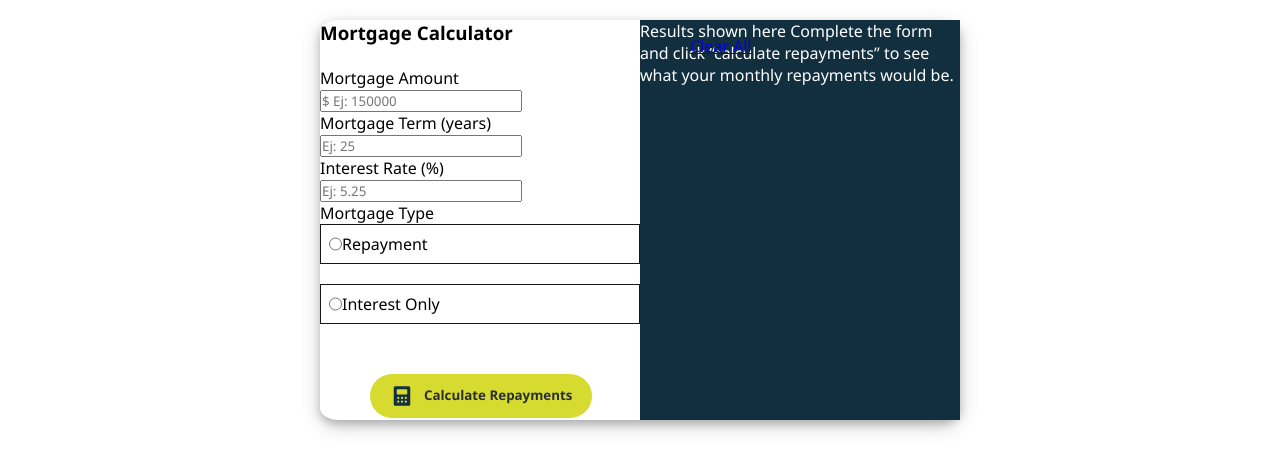
Repository: GravielPV/Mortgage-repayment-calculator
Page: index.html
The author's editor kept a copy of each file at every save. The page is drawn from the files as they stood at one save, then again after a run of saves.
The browser window is 1280 px wide. The pictures show the whole page.

Above is the page before, as saved 2025-12-11 17:27:31.

### index.html
<!DOCTYPE html>
<html lang="en">
<head>
  <meta charset="UTF-8">
  <meta name="viewport" content="width=device-width, initial-scale=1.0"> <!-- displays site properly based on user's device -->

  <link rel="icon" type="image/png" sizes="32x32" href="./assets/images/favicon-32x32.png">
  <link rel="stylesheet" href="styles.css">
  <title>Frontend Mentor | Mortgage repayment calculator</title>


</head>
<body>
  <div class="carta">



  <div class="lado-izquierdo">

    <div class="header-form">
      <h3>Mortgage Calculator</h3>
      <a href="#" id="clear-all">Clear All</a>
    </div>

    <form id="mortgage-form">

      <!-- Mortgage Amount -->
      <div class="campo">
        <label for="input-mortgage">Mortgage Amount</label>
        <input
          type="number"
          id="input-mortgage"
          name="mortgage"
          placeholder="$ Ej: 150000">
      </div>

      <!-- Mortgage Term & Interest Rate -->
      <div class="grupo-doble">
        <div class="campo">
          <label for="input-term">Mortgage Term (years)</label>
          <input
            type="number"
            id="input-term"
            name="term"
            placeholder="Ej: 25">
        </div>

        <div class="campo">
          <label for="input-interest">Interest Rate (%)</label>
          <input
            type="number"
            step="0.01"
            id="input-interest"
            name="interest"
            placeholder="Ej: 5.25">
        </div>
      </div>

      <!-- Mortgage Type -->
      <div class="campo">
        <label>Mortgage Type</label>

        <div class="radios">
          <label class="radio arriba">
            <input type="radio" name="mortgage-type" value="repayment">
            Repayment
          </label>

          <label class="radio abajo">
            <input type="radio" name="mortgage-type" value="interest-only">
            Interest Only
          </label>
        </div>
      </div>

      <!-- Botón -->
      <div class="boton">

        <button type="submit" > <img src="assets/images/icon-calculator.svg" alt="calculadora icon">Calculate Repayments</button>
      </div>

    </form>

  </div>




  <!-- Empty results start -->

  <div class="derecho">

  Results shown here

  Complete the form and click “calculate repayments” to see what
  your monthly repayments would be.
  </div>

  <!-- Empty results end -->

  <!-- Completed results start -->

  <div class="resultado">
  Your results

  Your results are shown below based on the information you provided.
  To adjust the results, edit the form and click “calculate repayments” again.

  Your monthly repayments

  Total you'll repay over the term
  </div>

</div>

<!-- Completed results end -->

</body>
</html>

### styles.css
* {
    box-sizing: border-box;
    margin: 0;
    padding: 0;
    font-family: 'Segoe UI', Tahoma, Geneva, Verdana, sans-serif;
}
body{
    background-color: hsl(0, 0%, 100%);
}


.carta{
    width: 50%;
    height: 400px;
display: flex;
margin: 20px auto;
border-radius: 3%;
 overflow: visible;
 justify-content: space-between;
box-shadow: 0 4px 8px 0 rgba(0, 0, 0, 0.2), 0 6px 20px 0 rgba(0, 0, 0, 0.19);

}



.lado-izquierdo{
     width: 50%;
    display: flex;
    flex-direction: column;
}

.derecho{
    width: 50%;

    background-color: hsl(202, 55%, 16%);
    color: white;
}

.resultado{
    display: none;
}

a{
   position: relative;
    top: -10px;
    left: 370px;

    }

    button{
        position: relative;
        top: 50px;
        left: 50px;
        padding: 10px 20px;
        background-color: hsl(61, 70%, 52%);
        border: none;
        color: hsl(200, 10%, 18%);
        border-radius: 25px;
        cursor: pointer;
        font-weight: bold;
    }

    button img{
        margin-right: 10px;
        vertical-align: middle;
    }

    .radio{
        display: flex;
        position: relative;
        top:auto
        border: 1px solid rgb(22, 22, 22);
        padding: 8px;
        width: 320px;;
    }
    .arriba{
        margin-bottom: 20px;
        border: 1px solid rgb(22, 22, 22);
    }
    .abajo{
        margin-top: 20px;
        border: 1px solid rgb(22, 22, 22);
    }

After the next 2 saves:
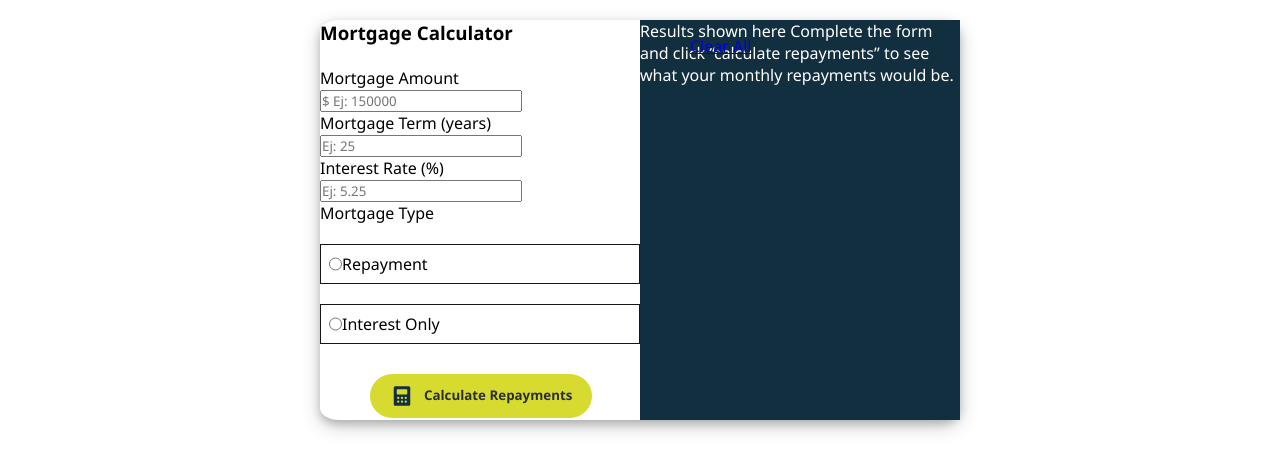
The 2 saves are shown as one change because they came seconds apart.
The last was saved 7 s later.
--- a/styles.css
+++ b/styles.css
@@ -68,7 +68,7 @@ a{
     .radio{
         display: flex;
         position: relative;
-        top:auto
+        top: 20px;
         border: 1px solid rgb(22, 22, 22);
         padding: 8px;
         width: 320px;;
